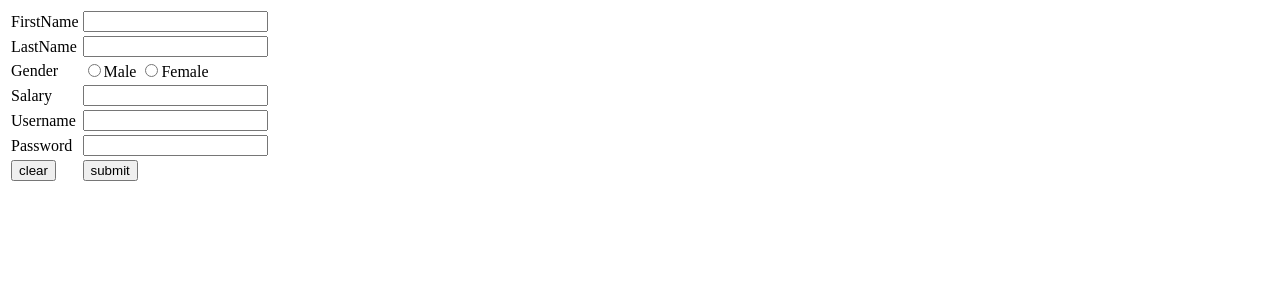
Repository: mounikrishna/java
Page: Servelts,JSP,JSTL/WebBasedApp/WebContent/registration.html
An editor plug-in stored every save of this project. The page is shown before and after the next save, followed by the edit.
The browser window is 1280 px wide. The pictures show the whole page.

Above is the page before, as saved 2020-01-19 00:59:31.

### Servelts,JSP,JSTL/WebBasedApp/WebContent/registration.html
<!DOCTYPE html>
<html>
	<head>
		<meta charset="ISO-8859-1">
		<title>Registration</title>
	</head>
	<body>
		<form>
			<table>
				<tr>
					<td>FirstName</td>
					<td><input type = "text" name= "firstname"></td>
				</tr>
				<tr>
					<td>LastName</td>
					<td><input type = "text" name= "lastname"></td>
				</tr>
				<tr>
					<td>Gender</td>
					<td><input type = "radio" name= "gender" value="Male">Male
						<input type = "radio" name= "gender" value="female">Female
					</td>
				</tr>
				<tr>
					<td>Salary</td>
					<td><input type = "text" name= "salary"></td>
				</tr>
				<tr>
					<td>Username</td>
					<td><input type = "text" name= "username"></td>
				</tr>
				<tr>
					<td>Password</td>
					<td><input type = "password" name= "password"></td>
				</tr>
				<tr>
					<td><input type = "reset" value= "clear"></td>
					<td><input type = "submit" value= "submit"></td>

				</tr>
			</table>
		</form>
	</body>
</html>

After the next save:
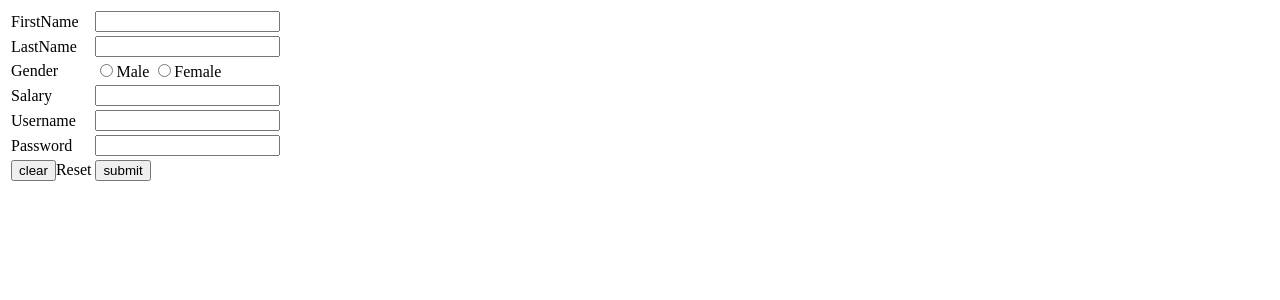
Saved 2 min 7 s later.
--- a/Servelts,JSP,JSTL/WebBasedApp/WebContent/registration.html
+++ b/Servelts,JSP,JSTL/WebBasedApp/WebContent/registration.html
@@ -34,7 +34,7 @@
 					<td><input type = "password" name= "password"></td>
 				</tr>
 				<tr>
-					<td><input type = "reset" value= "clear"></td>
+					<td><input type = "reset" value= "clear">Reset</td>
 					<td><input type = "submit" value= "submit"></td>
 
 				</tr>
